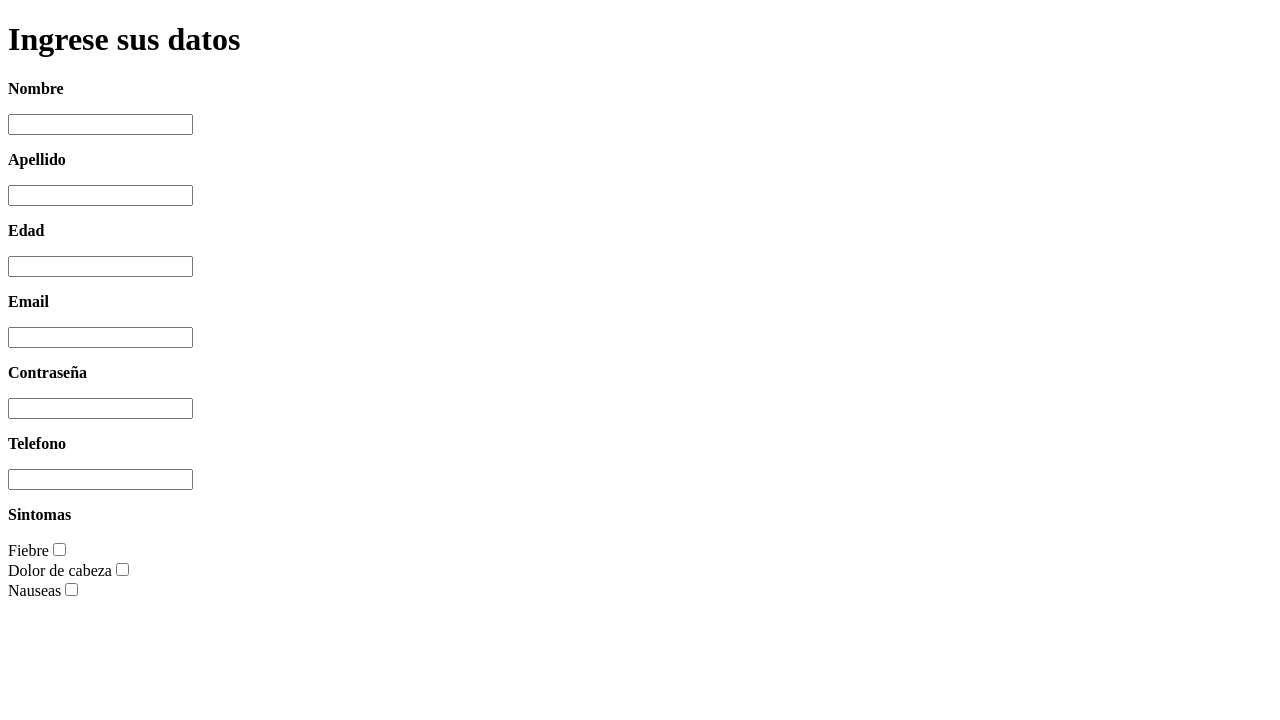
Repository: fran2708/LPPA
Page: Project 2 - Covid registration/index.html
These files come from the project's save history. The page is drawn as it stood at one moment and after the next save; the edit follows.
The browser window is 1280 px wide. The pictures show the whole page.

Above is the page before, as saved 2022-04-19 20:55:32.

After the next save:
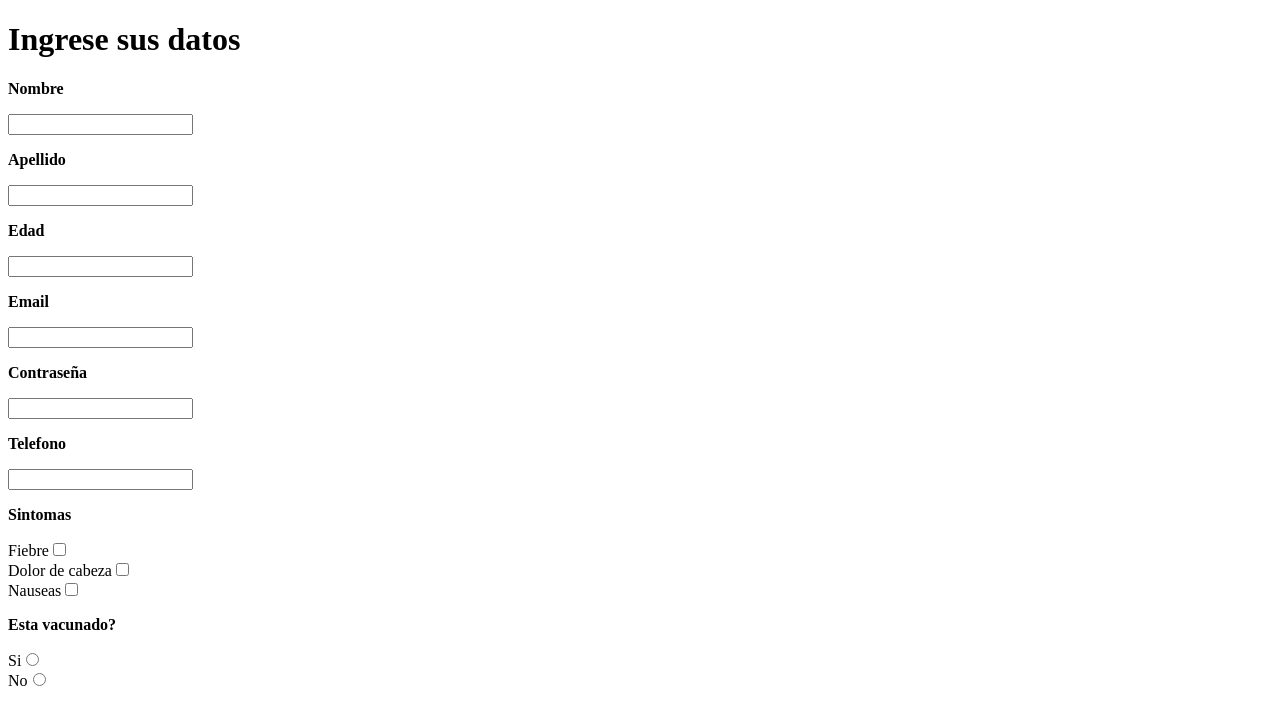
Saved 71 s later.
--- a/Project 2 - Covid registration/index.html
+++ b/Project 2 - Covid registration/index.html
@@ -25,6 +25,9 @@
         <label>Fiebre<input type="checkbox" name="fiebre"></label><br>
         <label>Dolor de cabeza<input type="checkbox" name="dolorCabeza"></label><br>
         <label>Nauseas<input type="checkbox" name="nauseas"></label><br>
+        <p><strong>Esta vacunado?</strong></p>
+        <label>Si<input type="radio" name="radioSi"></label><br>
+        <label>No<input type="radio" name="radioNo"></label><br>
     </form>
 </body>
 </html>
